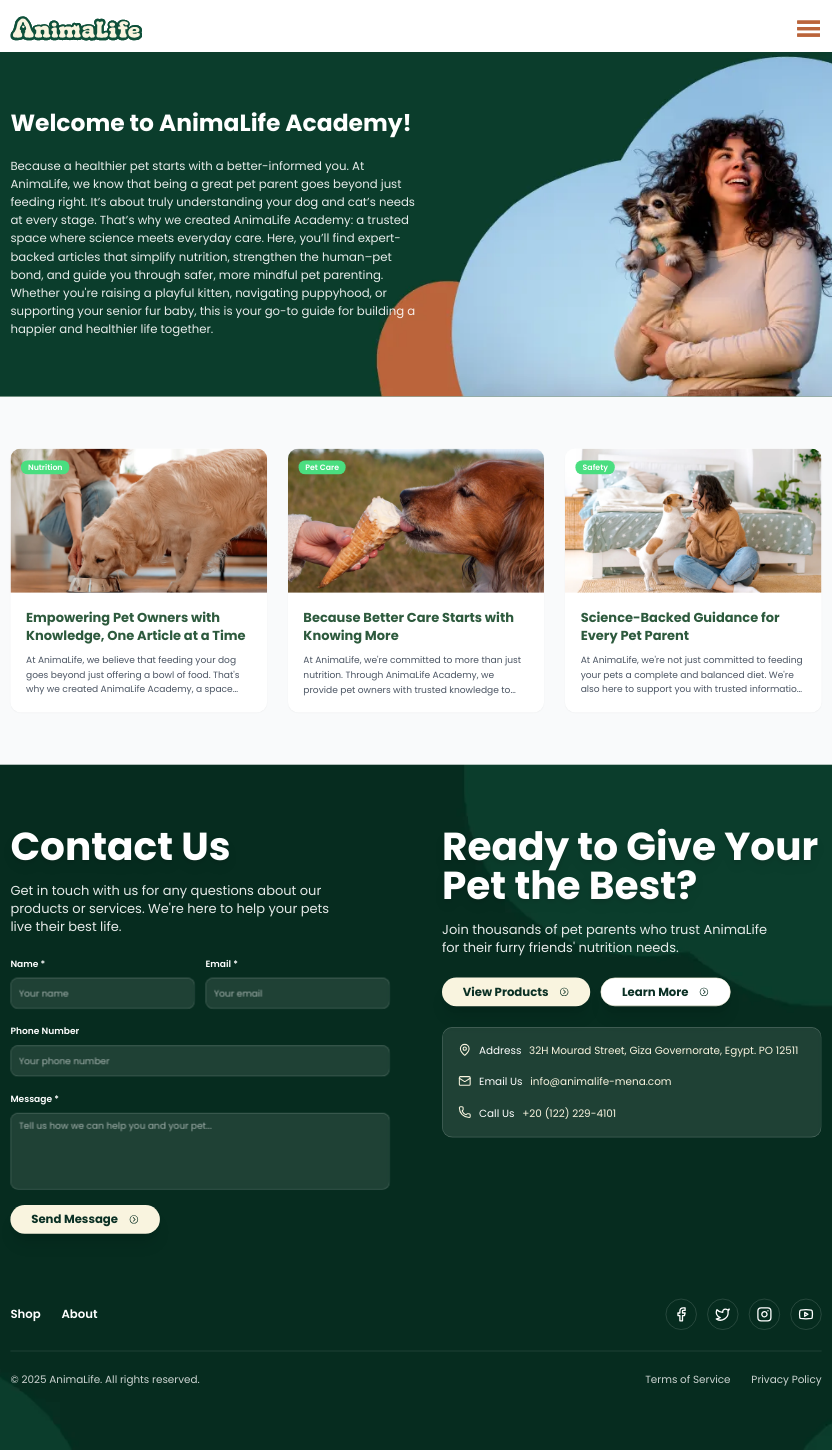
Repository: the-jupiteragency/animalife
Page: /academy
An editor plug-in stored every save of this project. The page is shown before and after the next save, followed by the edit.
The browser window is 1280 px wide. The pictures show the whole page, at 65% of full size.
The project was rebuilt for these pictures with package versions that can differ from the ones it lists, and the page was loaded fresh each time. The framework's server and built-in components were replaced by stand-ins that run in the browser. Also part of the build but not shown: next.config.mjs.

Above is the page before, as saved 2025-08-10 17:39:21.

After the next save:
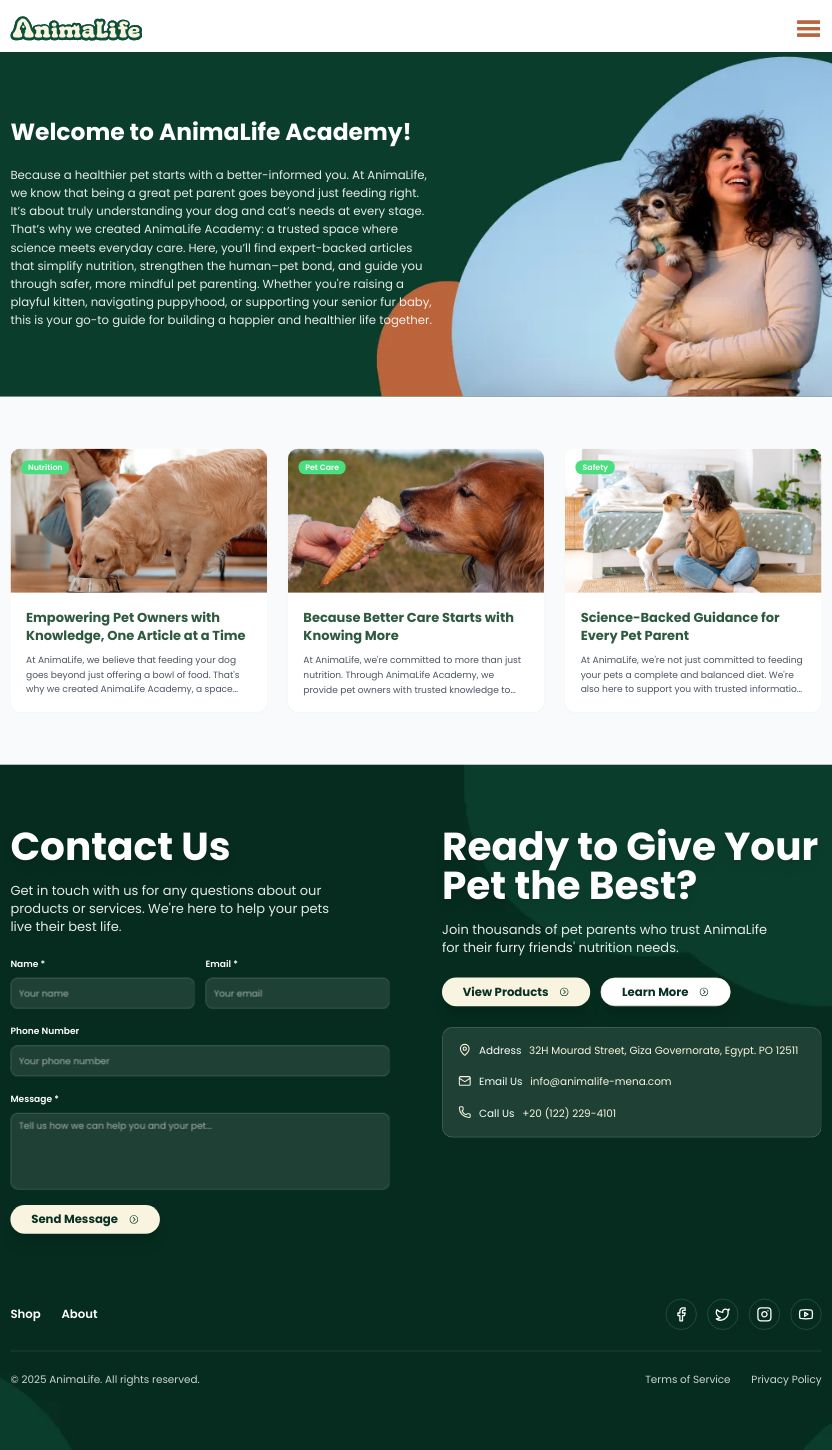
Saved 6 s later.
--- a/app/academy/page.tsx
+++ b/app/academy/page.tsx
@@ -33,7 +33,7 @@
               <h1 className="text-4xl md:text-5xl lg:text-4xl font-bold text-white mb-8 leading-tight">
                 Welcome to AnimaLife Academy!
               </h1>
-              <p className="w-[640px] text-lg md:text-lg text-white/90 leading-relaxed">
+              <p className="w-[650px] text-lg md:text-lg text-white/90 leading-relaxed">
                 Because a healthier pet starts with a better-informed you. At
                 AnimaLife, we know that being a great pet parent goes beyond
                 just feeding right. It’s about truly understanding your dog and
